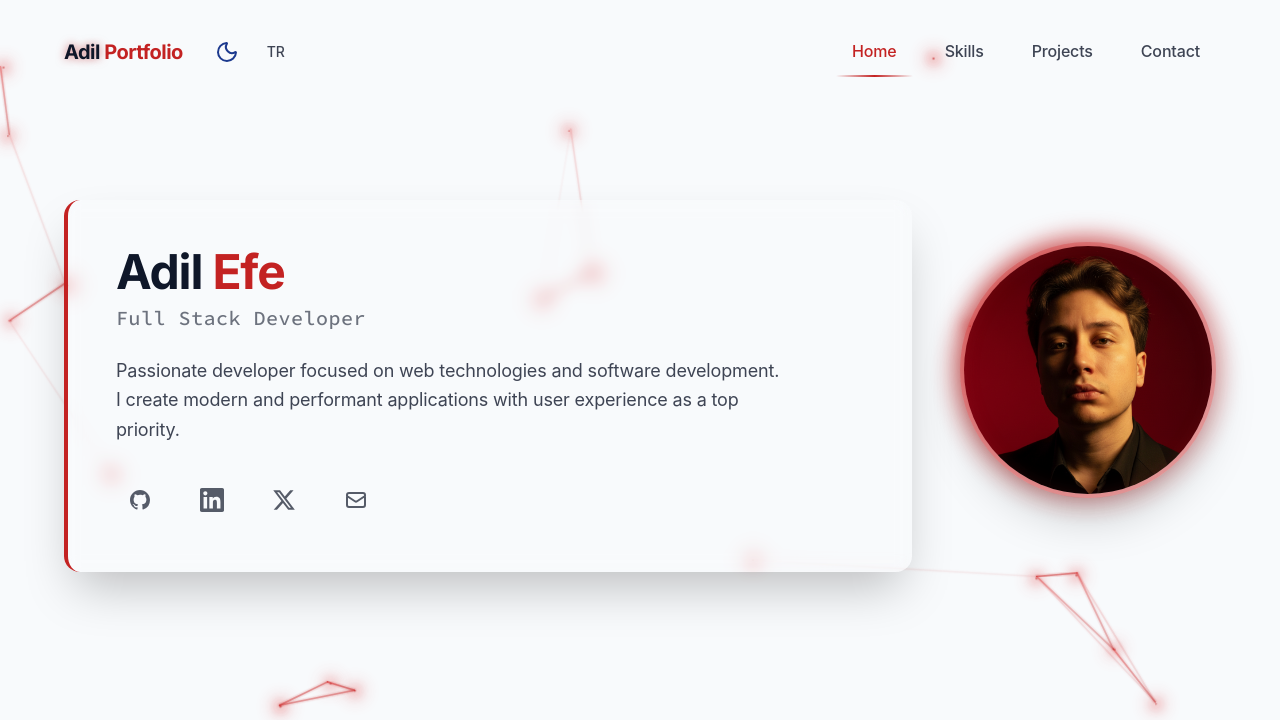
Repository: jusiann/personal-portfolio
Page: / (app in my-portfolio/)
An editor plug-in stored every save of this project. The page is shown before and after the next save, followed by the edit.
The browser window is 1280 px wide. The pictures show the whole page.
The project was rebuilt for these pictures with package versions that can differ from the ones it lists, and the page was loaded fresh each time. Also part of the build but not shown: my-portfolio/vite.config.js, my-portfolio/src/pages/Skills.jsx, my-portfolio/src/pages/Projects.jsx, my-portfolio/src/pages/Contact.jsx, my-portfolio/src/pages/NotFound.jsx.

Above is the page before, as saved 2025-11-20 07:48:38.

### my-portfolio/index.html
<!doctype html>
<html lang="en">
  <head>
    <meta charset="UTF-8" />
    <link rel="icon" type="image/svg+xml" href="/vite.svg" />
    <meta name="viewport" content="width=device-width, initial-scale=1.0" />
    <link rel="preconnect" href="https://fonts.googleapis.com">
    <link rel="preconnect" href="https://fonts.gstatic.com" crossorigin>
    <link href="https://fonts.googleapis.com/css2?family=Inter:wght@300;400;500;600;700;800&family=Source+Code+Pro:wght@400;500;600&display=swap" rel="stylesheet">
    <title>my-portfolio</title>
  </head>
  <body>
    <div id="root"></div>
    <script type="module" src="/src/main.jsx"></script>
  </body>
</html>

### my-portfolio/src/index.css
@import 'tailwindcss';

@theme {
  --color-border: hsl(var(--border));
  --color-background: hsl(var(--background));
  --color-foreground: hsl(var(--foreground));

  --color-primary: hsl(var(--primary));
  --color-primary-foreground: hsl(var(--primary-foreground));

  --color-card: hsl(var(--card));

  --animate-float: float 6s ease-in-out infinite;
  --animate-pulse-subtle: pulse-subtle 4s ease-in-out infinite;
  --animate-fade-in: fade-in 0.7s ease-out forwards;
  --animate-fade-in-delay-1: fade-in 0.7s ease-out 0.2s forwards;
  --animate-fade-in-delay-2: fade-in 0.7s ease-out 0.4s forwards;
  --animate-fade-in-delay-3: fade-in 0.7s ease-out 0.6s forwards;
  --animate-fade-in-delay-4: fade-in 0.7s ease-out 0.8s forwards;
  --animate-meteor: meteor 5s linear infinite;
  --animate-web-pulse: web-pulse 3s ease-in-out infinite;
  --animate-ambient-float: ambient-float 20s ease-in-out infinite;

  @keyframes float {
    0%,
    100% {
      transform: translateY(0);
    }
    50% {
      transform: translateY(-10px);
    }
  }
  @keyframes pulse-subtle {
    0%,
    100% {
      opacity: 1;
    }
    50% {
      opacity: 0.8;
    }
  }
  @keyframes fade-in {
    from {
      opacity: 0;
      transform: translateY(20px);
    }
    to {
      opacity: 1;
      transform: translateY(0);
    }
  }
  @keyframes meteor {
    0% {
      transform: rotate(215deg) translateX(0);
      opacity: 1;
    }
    70% {
      opacity: 1;
    }
    100% {
      transform: rotate(215deg) translateX(-500px);
      opacity: 0;
    }
  }
  @keyframes web-pulse {
    0%, 100% {
      transform: scale(1);
      opacity: 0.7;
    }
    50% {
      transform: scale(1.05);
      opacity: 0.95;
    }
  }
  @keyframes ambient-float {
    0%, 100% {
      transform: translate(0, 0);
      opacity: 0;
    }
    25% {
      opacity: 0.3;
    }
    50% {
      transform: translate(30px, -30px);
      opacity: 0;
    }
    75% {
      opacity: 0.2;
    }
  }
}

@layer base {
  :root {
    --background: 210 40% 98%;
    --foreground: 222 47% 11%;

    --card: 0 0% 100%;

    --primary: 0 70% 45%;
    --primary-foreground: 210 40% 98%;

    --border: 214 32% 91%;
  }

  .dark {
    --background: 222 47% 4%;
    --foreground: 213 31% 91%;

    --card: 222 47% 8%;

    --primary: 0 65% 50%;
    --primary-foreground: 213 31% 91%;

    --border: 217 33% 20%;
  }

  * {
    @apply border-border;
  }

  html {
    @apply scroll-smooth;
  }

  body {
    @apply bg-background text-foreground transition-colors duration-300;
    font-family: 'Source Sans Pro', -apple-system, BlinkMacSystemFont, 'Segoe UI', 'Roboto', sans-serif;
    font-feature-settings: 'rlig' 1, 'calt' 1;
    font-weight: 400;
    line-height: 1.6;
    letter-spacing: -0.01em;
  }
}

@utility container {
  margin-inline: auto;
  padding-inline: 2rem;

  @media (width >= 640px) {
    max-width: 640px;
  }
  @media (width >= 768px) {
    max-width: 768px;
  }
  @media (width >= 1024px) {
    max-width: 1024px;
  }
  @media (width >= 1280px) {
    max-width: 1280px;
  }
  @media (width >= 1536px) {
    max-width: 1536px;
  }
}

@utility text-glow {
  @apply relative;
  text-shadow: 0 0 10px rgba(185, 28, 28, 0.6);
}

@utility font-code {
  font-family: 'Source Code Pro', 'Monaco', 'Consolas', 'Liberation Mono', 'Courier New', monospace;
  font-weight: 500;
  letter-spacing: 0.025em;
}

@utility font-heading {
  font-family: 'Inter', sans-serif;
  font-weight: 600;
  letter-spacing: -0.025em;
  line-height: 1.2;
}

@utility card-hover {
  @apply transition-transform duration-300 hover:scale-[1.02] hover:shadow-lg;
}

@utility gradient-border {
  @apply relative rounded-md;
  background: linear-gradient(to right, hsl(var(--card)), hsl(var(--card)));
  background-clip: padding-box;
  border: 1px solid transparent;
}

@utility cosmic-button {
  @apply  px-6 py-2 rounded-full bg-primary text-primary-foreground font-medium
          transition-all duration-300 hover:shadow-[0_0_10px_rgba(185,28,28,0.6)]
          hover:scale-105 active:scale-95;
}

@utility star {
  @apply absolute rounded-full bg-white;
  box-shadow: 0 0 10px 2px rgba(255, 255, 255, 0.4);
}

@utility meteor {
  @apply absolute bg-linear-to-r from-white via-white to-transparent rounded-full;
  box-shadow: 0 0 10px 5px rgba(255, 255, 255, 0.3);
}

@utility web-node {
  @apply absolute rounded-full transition-all duration-300;
  background: radial-gradient(circle, rgba(220, 38, 38, 0.9) 0%, rgba(185, 28, 28, 0.6) 50%, rgba(185, 28, 28, 0.2) 80%, transparent 100%);
  box-shadow: 0 0 20px 4px rgba(220, 38, 38, 0.6), 0 0 10px 2px rgba(220, 38, 38, 0.8);
}

@utility web-thread {
  stroke-linecap: round;
  stroke-dasharray: 0;
  transition: all 0.3s ease;
}

@utility crimson-stop-start {
  stop-color: rgb(220, 38, 38);
  stop-opacity: 0.9;
}

@utility crimson-stop-mid {
  stop-color: rgb(200, 35, 35);
  stop-opacity: 0.8;
}

@utility crimson-stop-end {
  stop-color: rgb(185, 28, 28);
  stop-opacity: 0.7;
}

@utility ambient-particle {
  @apply absolute w-1 h-1 rounded-full animate-ambient-float;
  background: radial-gradient(circle, rgba(220, 38, 38, 0.6) 0%, transparent 70%);
  box-shadow: 0 0 10px 2px rgba(220, 38, 38, 0.3);
}

.dark {
  & .web-node {
    background: radial-gradient(circle, rgba(239, 68, 68, 1) 0%, rgba(220, 38, 38, 0.7) 50%, rgba(220, 38, 38, 0.3) 80%, transparent 100%);
    box-shadow: 0 0 25px 5px rgba(239, 68, 68, 0.7), 0 0 15px 3px rgba(239, 68, 68, 0.9);
  }

  & .crimson-stop-start {
    stop-color: rgb(239, 68, 68);
    stop-opacity: 1;
  }

  & .crimson-stop-mid {
    stop-color: rgb(230, 50, 50);
    stop-opacity: 0.9;
  }

  & .crimson-stop-end {
    stop-color: rgb(220, 38, 38);
    stop-opacity: 0.8;
  }

  & .ambient-particle {
    background: radial-gradient(circle, rgba(239, 68, 68, 0.8) 0%, transparent 70%);
    box-shadow: 0 0 18px 4px rgba(239, 68, 68, 0.5);
  }
}

#root {
  max-width: 100%;
  margin: 0 auto;
  padding: 0;
  text-align: center;
}

### my-portfolio/src/App.jsx
import { BrowserRouter, Routes, Route, Navigate, useLocation } from "react-router-dom"
import { AnimatePresence } from "framer-motion"
import { Home } from "./pages/Home";
import { Skills } from "./pages/Skills";
import { Projects } from "./pages/Projects";
import { Contact } from "./pages/Contact";
import { NotFound } from "./pages/NotFound";

function AnimatedRoutes() {
  const location = useLocation();

  return (
    <AnimatePresence mode="wait">
      <Routes location={location} key={location.pathname}>

        {/* TURKISH ROUTES */}
        <Route path="/" element={<Navigate to="/en" replace />} />
        <Route path="/tr" element={<Home />}/>
        <Route path="/tr/skills" element={<Skills />}/>
        <Route path="/tr/projects" element={<Projects />}/>
        <Route path="/tr/contact" element={<Contact />}/>

        {/* ENGLISH ROUTES */}
        <Route path="/en" element={<Home />}/>
        <Route path="/en/skills" element={<Skills />}/>
        <Route path="/en/projects" element={<Projects />}/>
        <Route path="/en/contact" element={<Contact />}/>
        <Route path="*" element={<NotFound />} />
      </Routes>
    </AnimatePresence>
  );
}

function App() {
  return (
    <BrowserRouter>
      <AnimatedRoutes />
    </BrowserRouter>
  )
}

export default App

### my-portfolio/src/pages/Home.jsx
import {CrimsonWebBackground} from "../components/CrimsonWebBackground";
import {Navbar} from "../components/Navbar";
import {PageTransition} from "../components/PageTransition";
import {HomeCard} from "../components/HomeCard";

export const Home = () => {
    return (
        <PageTransition>
        <div className="
                        min-h-screen
                        bg-background
                        text-foreground
                        overflow-x-hidden">

            {/* BACKGROUND EFFECTS */}
            <CrimsonWebBackground />

            {/* NAVBAR */}
            <Navbar />

            {/* MAIN CONTENT */}
            <HomeCard />
        </div>
        </PageTransition>
    );
};

### my-portfolio/src/components/PageTransition.jsx
import {motion} from 'framer-motion';

export const PageTransition = ({ children }) => {
    return (
        <>
            {children}

            {/* LEFT TRIANGLE */}
            <motion.div
                className="fixed inset-0 bg-background z-100 pointer-events-none"
                style={{
                    clipPath: 'polygon(0% 0%, 100% 0%, 0% 100%)',
                }}
                initial={{ x: '0%' }}
                animate={{ x: '-100%' }}
                transition={{
                    duration: 0.6,
                    ease: [0.65, 0, 0.35, 1],
                    delay: 0.4
                }}
            />

            {/* RIGHT TRIANGLE */}
            <motion.div
                className="fixed inset-0 bg-background z-100 pointer-events-none"
                style={{
                    clipPath: 'polygon(100% 0%, 100% 100%, 0% 100%)',
                }}
                initial={{ x: '0%' }}
                animate={{ x: '100%' }}
                transition={{
                    duration: 0.6,
                    ease: [0.65, 0, 0.35, 1],
                    delay: 0.4
                }}
            />

            {/* RED DIAGONAL LINE */}
            <motion.div
                className="fixed inset-0 pointer-events-none z-101"
                style={{
                    background: 'linear-gradient(to bottom right, transparent calc(50% - 2px), rgb(220, 38, 38) calc(50% - 2px), rgb(220, 38, 38) calc(50% + 2px), transparent calc(50% + 2px))',
                    filter: 'drop-shadow(0 0 8px rgb(220, 38, 38))',
                }}
                initial={{ opacity: 1 }}
                animate={{ opacity: 0 }}
                transition={{
                    duration: 0.3,
                    ease: "easeOut",
                    delay: 0.3
                }}
            />
        </>
    );
};

### my-portfolio/src/components/HomeCard.jsx
import { HomeImage } from "./HomeImage";
import { SocialLinks } from "./SocialLinks";
import { useLanguage } from "../lib/utils";

export const HomeCard = () => {
    const { t } = useLanguage();

    return (
        <div className="relative w-[90%] mx-auto py-8 mt-20 flex items-center gap-12">
            {/* Ana kart yapısı - backdrop blur ve opacity ile saydam etki */}
            <div
                className="
                    relative
                    flex-1
                    bg-card/10
                    backdrop-blur-sm
                    rounded-2xl
                    border-l-4
                    border-primary
                    shadow-2xl
                    p-8
                    md:p-12
                    transition-all
                    duration-500
                    hover:scale-[1.01]
                    animate-fade-in
                "
            >
                {/* İçerik alanı */}
                <div className="relative z-10">
                    {/* Profil Resmi Mobile */}
                    <div className="md:hidden mb-8">
                        <HomeImage
                            src="/src/assets/images/profile_photo.png"
                            alt={`${t('profile_name')} ${t('profile_surname')}`}
                        />
                    </div>

                    {/* İsim ve Soyisim */}
                    <div className="text-center md:text-left mb-6 animate-fade-in-delay-2">
                        <h1 className="
                            text-4xl
                            md:text-5xl
                            font-heading
                            font-bold
                            text-foreground
                            mb-2
                            tracking-tight
                        ">
                            {t('profile_name')}{' '}
                            <span className="text-primary">
                                {t('profile_surname')}
                            </span>
                        </h1>
                        <p className="
                            text-lg
                            md:text-xl
                            text-foreground/60
                            font-code
                        ">
                            {t('hero_subtitle')}
                        </p>
                    </div>

                    {/* Açıklama */}
                    <div className="
                        text-center
                        md:text-left
                        mb-8
                        max-w-2xl
                        animate-fade-in-delay-2
                    ">
                        <p className="
                            text-base
                            md:text-lg
                            text-foreground/80
                            leading-relaxed
                        ">
                            {t('profile_tagline')}
                        </p>
                    </div>

                    {/* Sosyal Medya Linkleri */}
                    <SocialLinks />
                </div>
            </div>

            {/* Profil Resmi - Card Dışında Sağda */}
            <div className="hidden md:block">
                <HomeImage
                    src="/src/assets/images/profile_photo.png"
                    alt={`${t('profile_name')} ${t('profile_surname')}`}
                />
            </div>

            {/* Ambient glow efekti */}
            <div
                className="
                    absolute
                    -inset-4
                    bg-primary/5
                    blur-3xl
                    -z-10
                    opacity-50
                    animate-pulse-subtle
                "
            />
        </div>
    );
};

### my-portfolio/src/components/LanguageToggle.jsx
import {useNavigate, useLocation } from 'react-router-dom';
import {cn} from '../lib/utils';

export const LanguageToggle = () => {
    const navigate = useNavigate();
    const location = useLocation();
    const currentLang = location.pathname.startsWith('/en') ? 'en' : 'tr';

    const toggleLanguage = () => {
        const newLang = currentLang === 'tr' ? 'en' : 'tr';
        navigate(`/${newLang}${location.hash}`);
    };

    return (
        <button
            onClick={toggleLanguage}
            className={cn(
                "px-3 py-2 transition-all duration-300",
                "hover:scale-110 active:scale-95",
                "focus:outline-none text-foreground/80 hover:text-foreground",
                "text-sm font-medium uppercase"
            )}
        >
            {currentLang === 'tr' ? 'EN' : 'TR'}
        </button>
    );
};

### my-portfolio/src/components/HomeImage.jsx
export const HomeImage = ({ src, alt = "Profile" }) => {
    return (
        <div className="flex justify-center mb-8 animate-fade-in-delay-1">
            {/* Dış halka - glow efekti */}
            <div
                className="
                    relative
                    group
                    animate-pulse-subtle
                "
            >
                {/* Gradient border halka */}
                <div
                    className="
                        absolute
                        -inset-1
                        bg-linear-to-br
                        from-primary
                        via-primary/60
                        to-primary/30
                        rounded-full
                        blur-md
                        group-hover:blur-lg
                        transition-all
                        duration-300
                    "
                />

                {/* Resim container */}
                <div
                    className="
                        relative
                        w-40
                        h-40
                        md:w-64
                        md:h-64
                        rounded-full
                        overflow-hidden
                        border-4
                        border-primary/20
                        shadow-2xl
                        group-hover:scale-105
                        transition-transform
                        duration-300
                    "
                >
                    <img
                        src={src}
                        alt={alt}
                        className="
                            w-full
                            h-full
                            object-cover
                            filter
                            group-hover:brightness-110
                            transition-all
                            duration-300
                        "
                    />
                </div>

                {/* İç glow */}
                <div
                    className="
                        absolute
                        inset-0
                        rounded-full
                        shadow-[inset_0_0_20px_rgba(220,38,38,0.2)]
                        pointer-events-none
                    "
                />
            </div>
        </div>
    );
};

Loaded but not shown: my-portfolio/src/main.jsx (common file); my-portfolio/src/lib/translations.js (80 lines, source omitted); my-portfolio/src/lib/utils.js (19 lines, source omitted); my-portfolio/src/components/CrimsonWebBackground.jsx (183 lines, source omitted); my-portfolio/src/components/ThemeToggle.jsx (130 lines, source omitted); my-portfolio/src/components/Navbar.jsx (139 lines, source omitted); my-portfolio/src/components/SocialLinks.jsx (100 lines, source omitted)

After the next save:
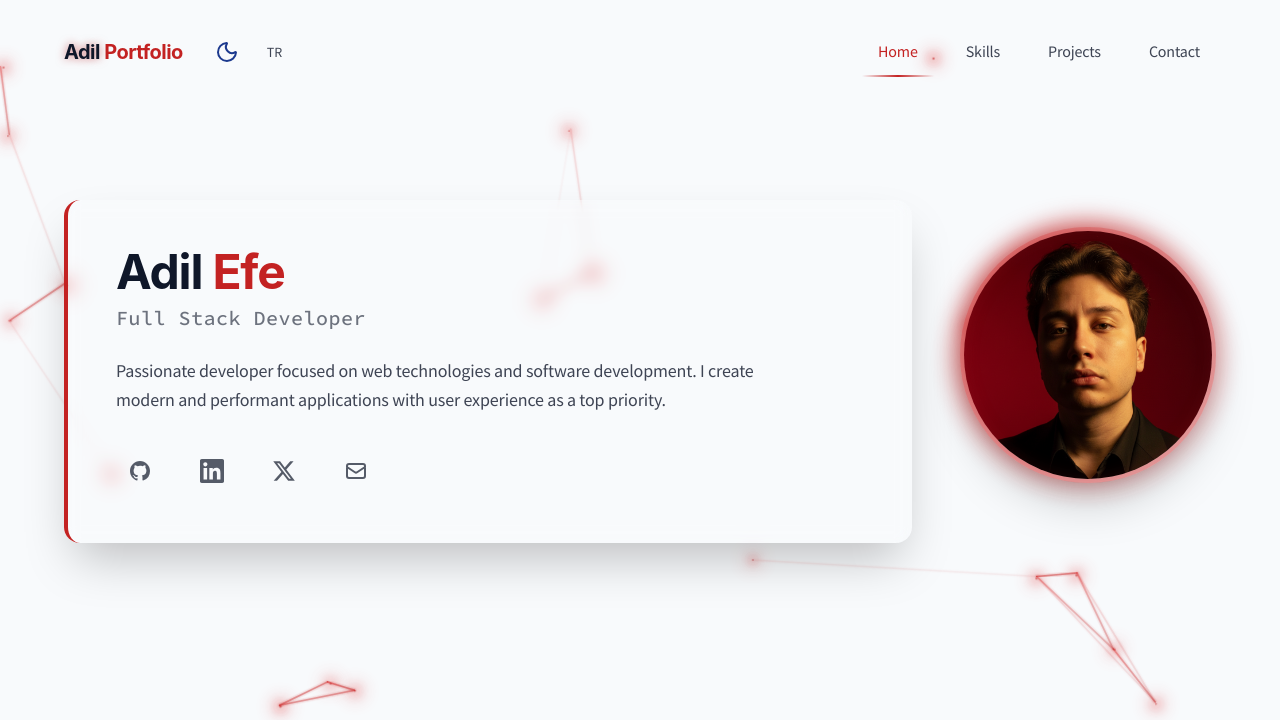
Saved 13 s later.
--- a/my-portfolio/index.html
+++ b/my-portfolio/index.html
@@ -6,7 +6,7 @@
     <meta name="viewport" content="width=device-width, initial-scale=1.0" />
     <link rel="preconnect" href="https://fonts.googleapis.com">
     <link rel="preconnect" href="https://fonts.gstatic.com" crossorigin>
-    <link href="https://fonts.googleapis.com/css2?family=Inter:wght@300;400;500;600;700;800&family=Source+Code+Pro:wght@400;500;600&display=swap" rel="stylesheet">
+    <link href="https://fonts.googleapis.com/css2?family=Source+Sans+Pro:wght@300;400;500;600;700;800&family=Source+Code+Pro:wght@400;500;600&display=swap" rel="stylesheet">
     <title>my-portfolio</title>
   </head>
   <body>

After the save that followed:
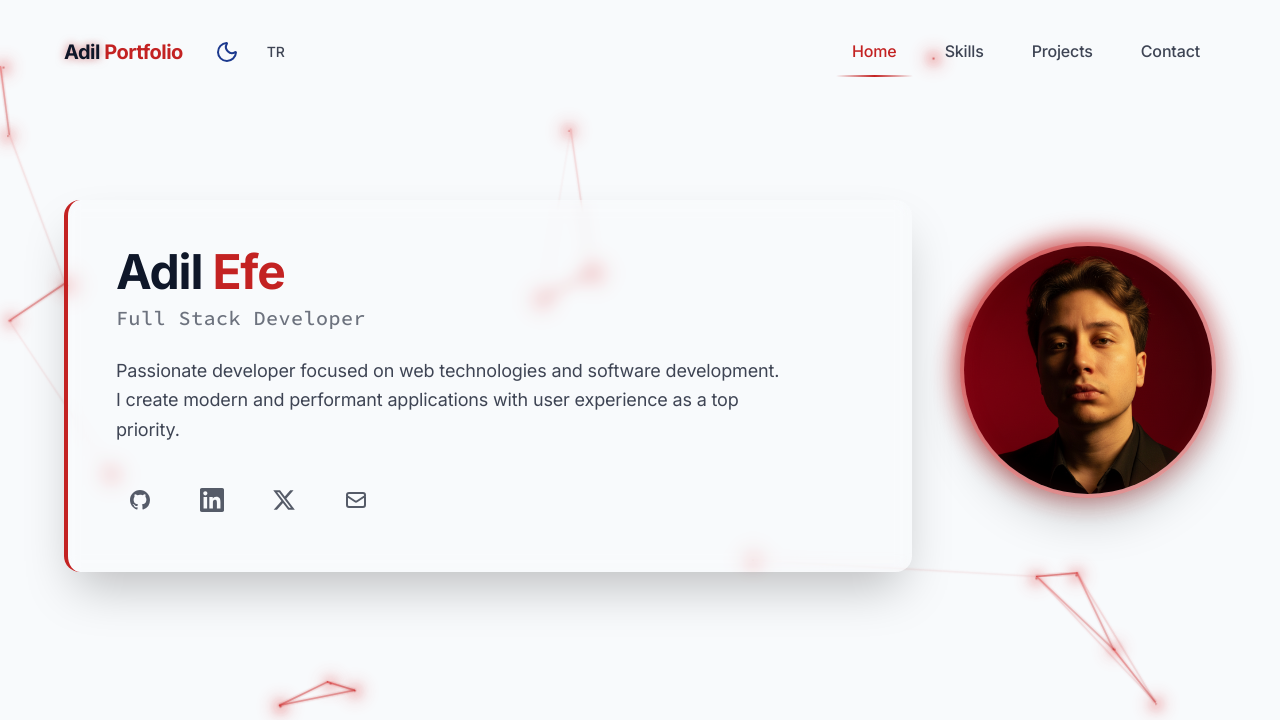
Saved 28 s later.
--- a/my-portfolio/index.html
+++ b/my-portfolio/index.html
@@ -6,7 +6,7 @@
     <meta name="viewport" content="width=device-width, initial-scale=1.0" />
     <link rel="preconnect" href="https://fonts.googleapis.com">
     <link rel="preconnect" href="https://fonts.gstatic.com" crossorigin>
-    <link href="https://fonts.googleapis.com/css2?family=Source+Sans+Pro:wght@300;400;500;600;700;800&family=Source+Code+Pro:wght@400;500;600&display=swap" rel="stylesheet">
+    <link href="https://fonts.googleapis.com/css2?family=Inter:wght@300;400;500;600;700;800&family=Source+Code+Pro:wght@400;500;600&display=swap" rel="stylesheet">
     <title>my-portfolio</title>
   </head>
   <body>
--- a/my-portfolio/src/index.css
+++ b/my-portfolio/src/index.css
@@ -125,7 +125,7 @@
 
   body {
     @apply bg-background text-foreground transition-colors duration-300;
-    font-family: 'Source Sans Pro', -apple-system, BlinkMacSystemFont, 'Segoe UI', 'Roboto', sans-serif;
+    font-family: 'Inter', -apple-system, BlinkMacSystemFont, 'Segoe UI', 'Roboto', sans-serif;
     font-feature-settings: 'rlig' 1, 'calt' 1;
     font-weight: 400;
     line-height: 1.6;
